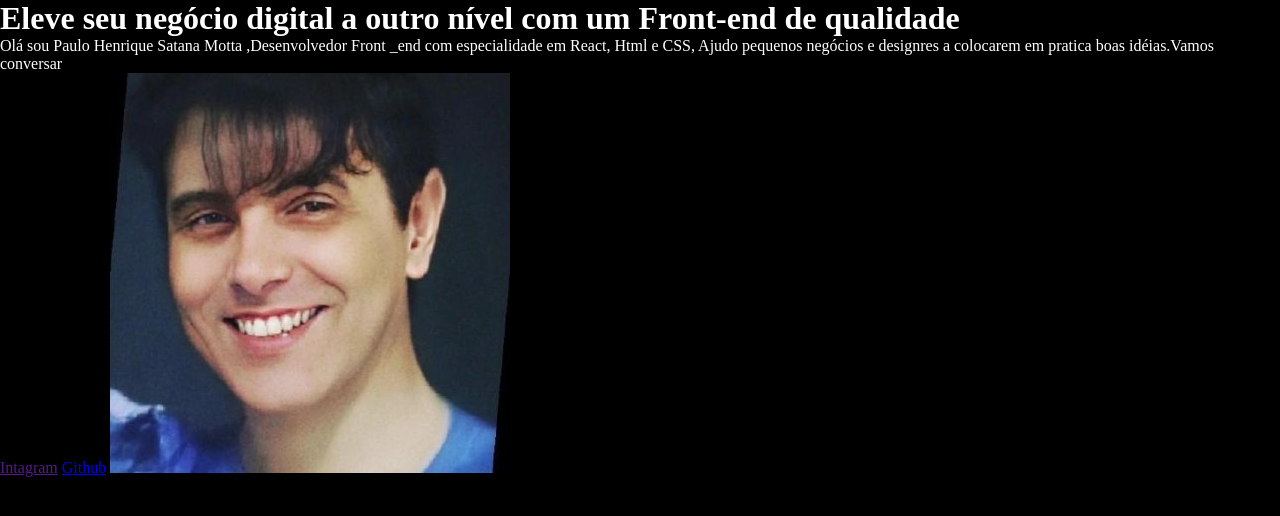
Repository: phsmottanerd/projeto-portfolio-alura
Page: index.html
The author's editor kept a copy of each file at every save. The page is drawn from the files as they stood at one save, then again after the next save.
The browser window is 1280 px wide. The pictures show the whole page.

Above is the page before, as saved 2025-01-13 16:53:59.

### index.html
<!DOCTYPE html>
<html lang="pt-br">
<head>
    <meta charset="UTF-8">
    <meta name="viewport" content="width=device-width, initial-scale=1.0">
    <link rel="stylesheet" href="style.css">
    <title>Portfólio</title>
</head>
<body>
    <header></header>
    <main>
        <h1> Eleve seu negócio digital a outro nível com <strong> um Front-end de qualidade</strong></h1>
    <p>Olá sou Paulo Henrique Satana Motta ,Desenvolvedor Front _end
         com especialidade em React, Html e CSS, Ajudo pequenos negócios e designres a colocarem em pratica boas
         idéias.Vamos conversar
    </p>
<a href="">Intagram</a>
<a href="https://github.com/phsmottanerd?tab=repositories">Github</a>
<img src="./img/1722867171561.jpg" alt="imgem-foto">
    </main>
    <footer></footer>
</body>
</html>

### style.css
*{
padding: 0;
margin:0;
box-sizing: border-box;


}
body{
background-color:black;
}
h1{
   color:#ffff;
}
p{
color:#ffff;

}

After the next save:
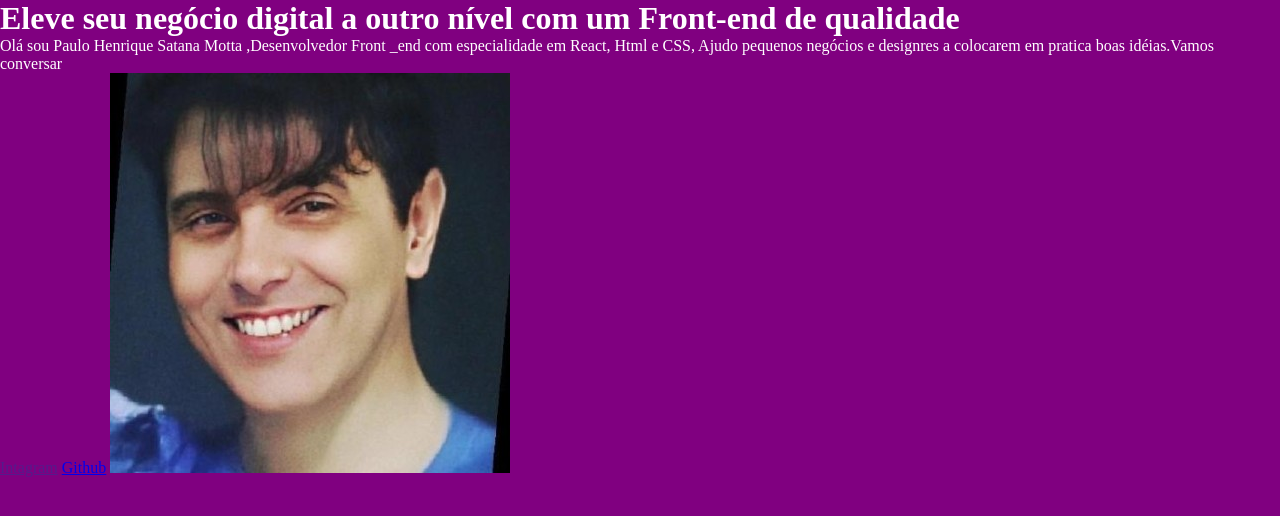
Saved 78 min 24 s later.
--- a/style.css
+++ b/style.css
@@ -6,7 +6,7 @@ box-sizing: border-box;
 
 }
 body{
-background-color:black;
+background-color:purple;
 }
 h1{
    color:#ffff;
